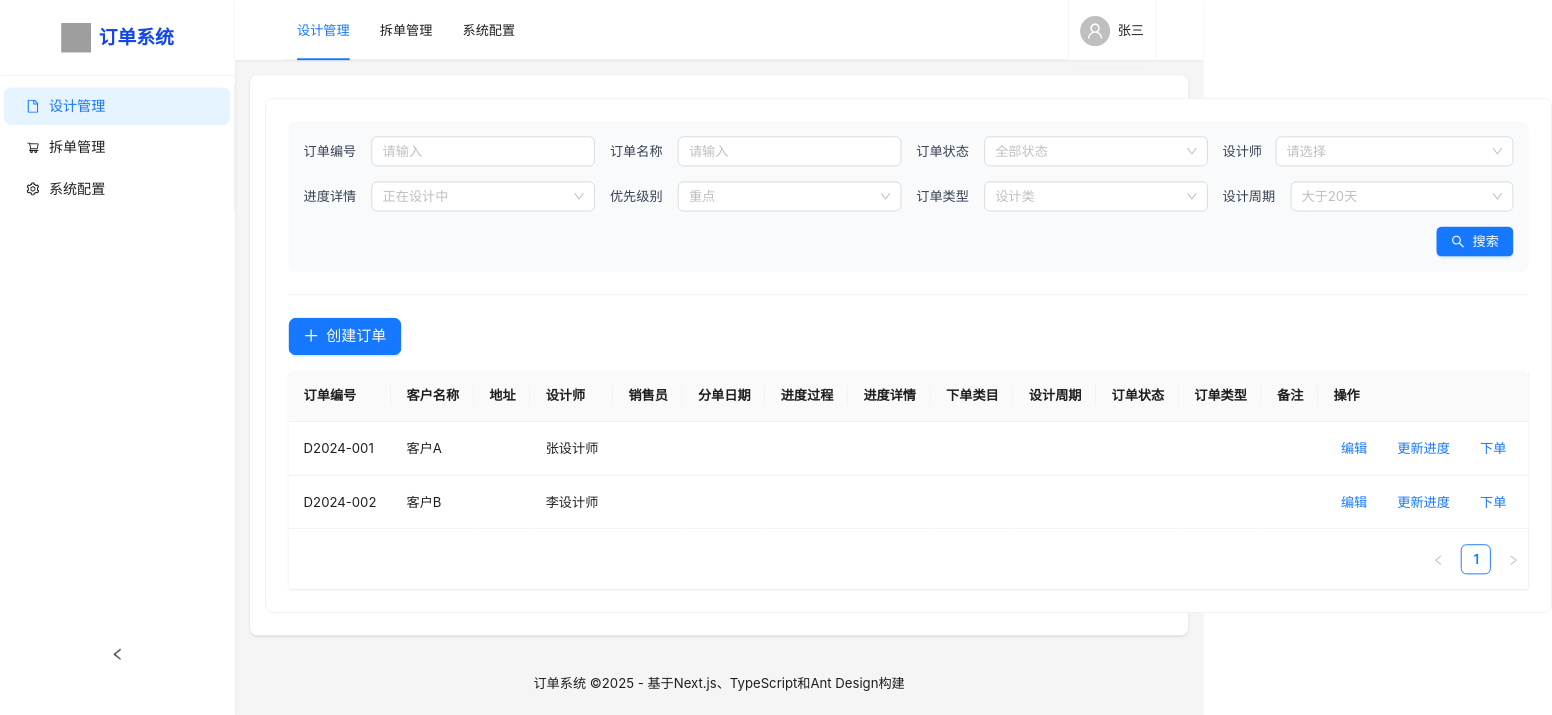
Repository: Garyxiwang/order_system
Page: /design (app in front/)
An editor plug-in stored every save of this project. The page is shown before and after the next save, followed by the edit.
The browser window is 1280 px wide. The page is 1651 px wide, then 1280 px, so the pictures cover 1651 px, including what lies to the right of the window. The pictures show the whole page, at 94% of full size.
Pictures or frames that could not be fetched are drawn as grey boxes. The project was rebuilt for these pictures with package versions that can differ from the ones it lists, and the page was loaded fresh each time. The framework's server and built-in components were replaced by stand-ins that run in the browser. Also part of the build but not shown: front/next.config.js, front/next.config.ts.

Above is the page before, as saved 2025-08-04 14:59:36.

After the next save:
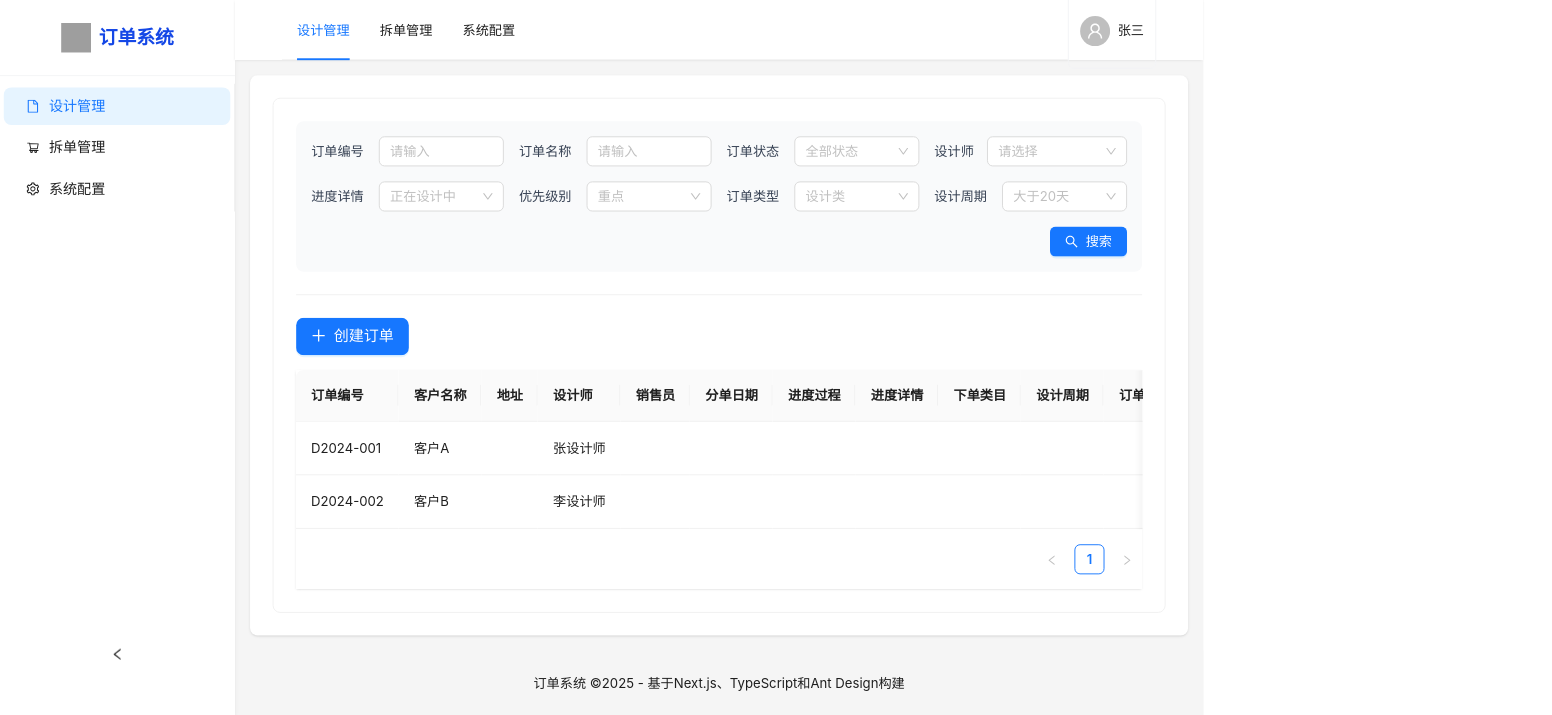
Saved 9 s later.
--- a/front/src/app/design/page.tsx
+++ b/front/src/app/design/page.tsx
@@ -133,7 +133,6 @@ const DesignPage: React.FC = () => {
 
   return (
     <div>
-      <Row gutter={[16, 16]}>
         <Card variant="outlined" className="shadow-none">
           <div>
             {/* 搜索和过滤区域 */}
@@ -300,7 +299,6 @@ const DesignPage: React.FC = () => {
             />
           </div>
         </Card>
-      </Row>
     </div>
   );
 };
